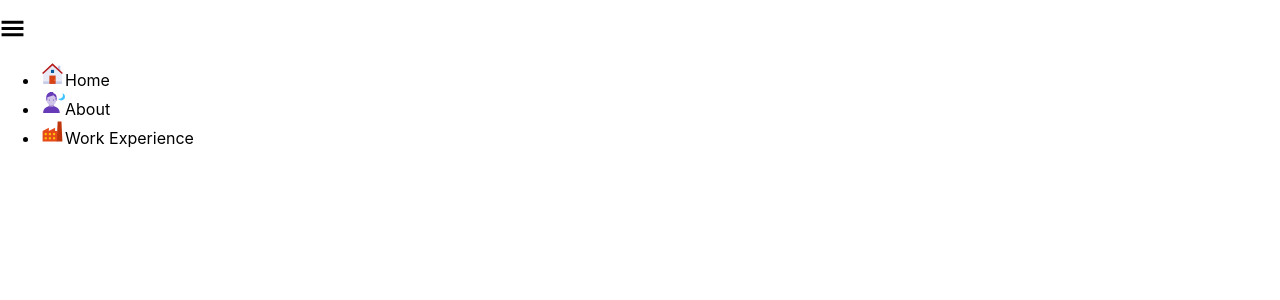
Repository: Laoye99/portfolio
Page: /
An editor plug-in stored every save of this project. The page is shown before and after the next save, followed by the edit.
The browser window is 1280 px wide. The pictures show the whole page.
The project was rebuilt for these pictures with package versions that can differ from the ones it lists, and the page was loaded fresh each time. Also part of the build but not shown: src/App.css.

Above is the page before, as saved 2024-02-13 09:52:34.

### src/App.js
import './App.css';
import { createContext, useState } from 'react';
import ScrollToTop from 'react-scroll-to-top';
import Navbar from './components/Navbar';

export const ThemeContext = createContext(null);

const App = () => {
  const [theme, setTheme] = useState("light");

  const changeTheme = () => {
    setTheme((prev) => (prev === "light" ? "dark" : "light"));
  };
  return (
    <ThemeContext.Provider value={{ theme, changeTheme }}>
    <div id={theme}>
    <Navbar/>
    </div>
    <ScrollToTop
    top="200"
    smooth
    height="20"
    width="20"
    color="white"
    style={{ borderRadius: "90px ", backgroundColor: "#38004c" }}
    />
    </ThemeContext.Provider>
  );
}

export default App;

### src/components/Navbar.js
import { useState } from "react";
import {GiHamburgerMenu} from "react-icons/gi";
import { Link } from "react-scroll";
import { FcHome,
    FcNightPortrait,
    FcFactory } from "react-icons/fc";


const Navbar = () => {
    const [open, setOpen] = useState(false);

    const handleClick = () => {
        setOpen(!open);
    };
    return(
        <div className="navbar">
        <div className="navbar-header">
        <p>
        <GiHamburgerMenu size={25} onClick={handleClick} />
        <div className="nav">
        <ul>
        <li className="nav-item">
        <Link
        to="home"
        spy={true}
        smooth={true}
        duration={100}
        offset={-100}
        >
        <FcHome size={25}/>
        Home
        </Link>
        </li>
        <li className="nav-item">
        <Link
        to="about"
        spy={true}
        smooth={true}
        duration={100}
        offset={-100}
        >
        <FcNightPortrait size={25}/>
        About
        </Link>
        </li>
        <li className="nav-item">
        <Link
        to="project"
        spy={true}
        smooth={true}
        duration={100}
        offset={-100}
        >
        <FcFactory size={25}/>
        Work Experience
        </Link>
        </li>
        </ul>
        </div>
        </p>
        </div>
        </div>
    );

};

export default Navbar;

Loaded but not shown: public/index.html (common file); src/index.js (common file); src/index.css (common file); src/reportWebVitals.js (common file)

After the next save:
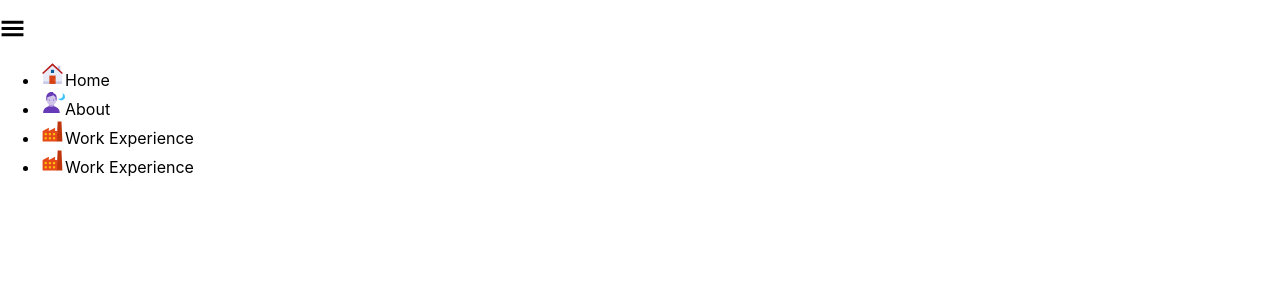
Saved 102 s later.
--- a/src/components/Navbar.js
+++ b/src/components/Navbar.js
@@ -55,6 +55,18 @@ const Navbar = () => {
         Work Experience
         </Link>
         </li>
+        <li className="nav-item">
+        <Link
+        to="project"
+        spy={true}
+        smooth={true}
+        duration={100}
+        offset={-100}
+        >
+        <FcFactory size={25}/>
+        Work Experience
+        </Link>
+        </li>
         </ul>
         </div>
         </p>
